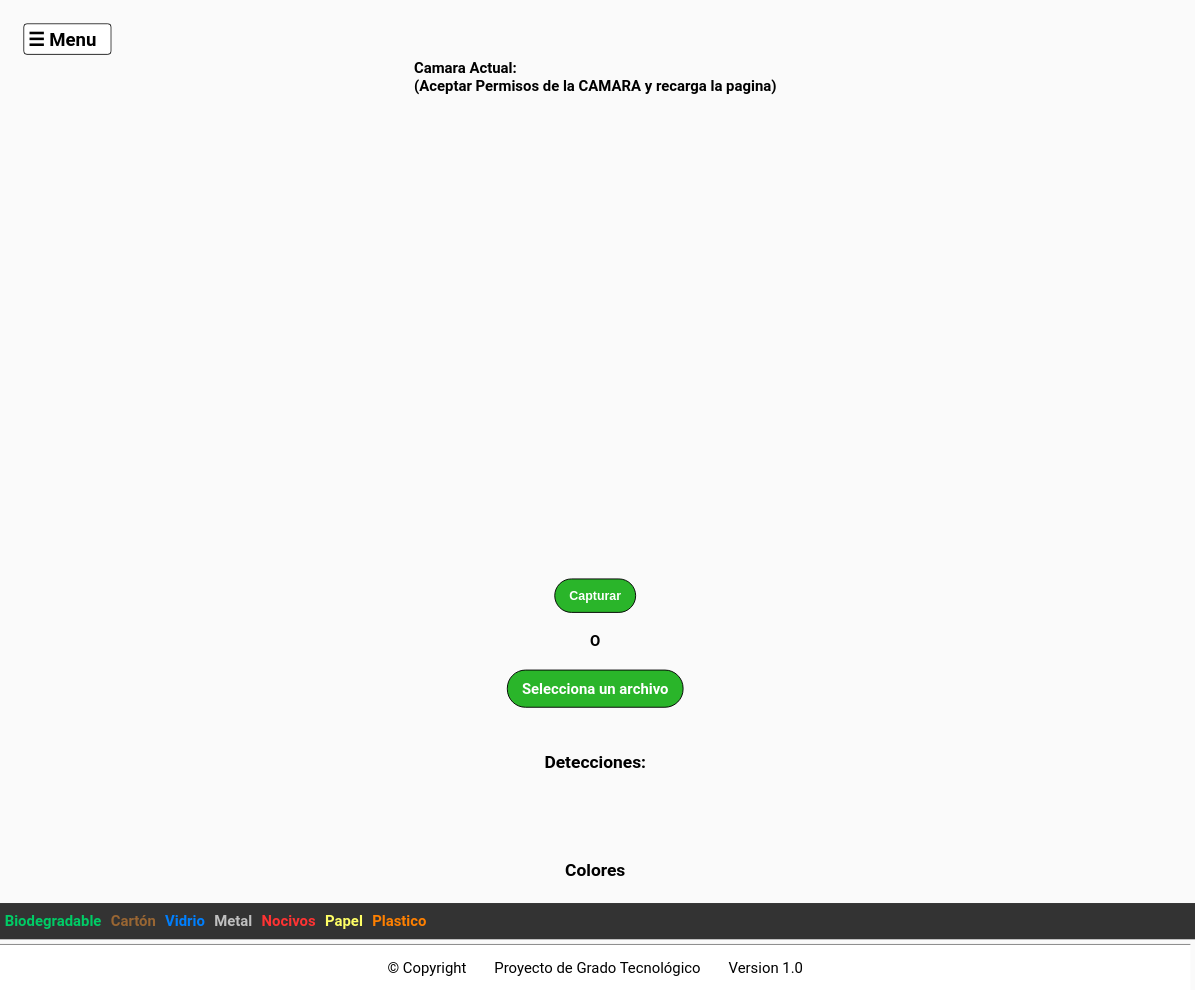
Repository: castecabas/Recicladora
Page: http://localhost/model
The author's editor kept a copy of each file at every save. The page is drawn from the files as they stood at one save, then again after the next save.
The browser window is 1280 px wide. The page is 1285 px wide, then 1280 px, so the pictures cover 1285 px, including what lies to the right of the window. The pictures show the whole page, at 93% of full size.
Pictures or frames that could not be fetched are drawn as grey boxes. The page is served by the project's application, run on Flask 3 (src/index.py).

Above is the page before, as saved 2024-12-22 20:36:24.

After the next save:
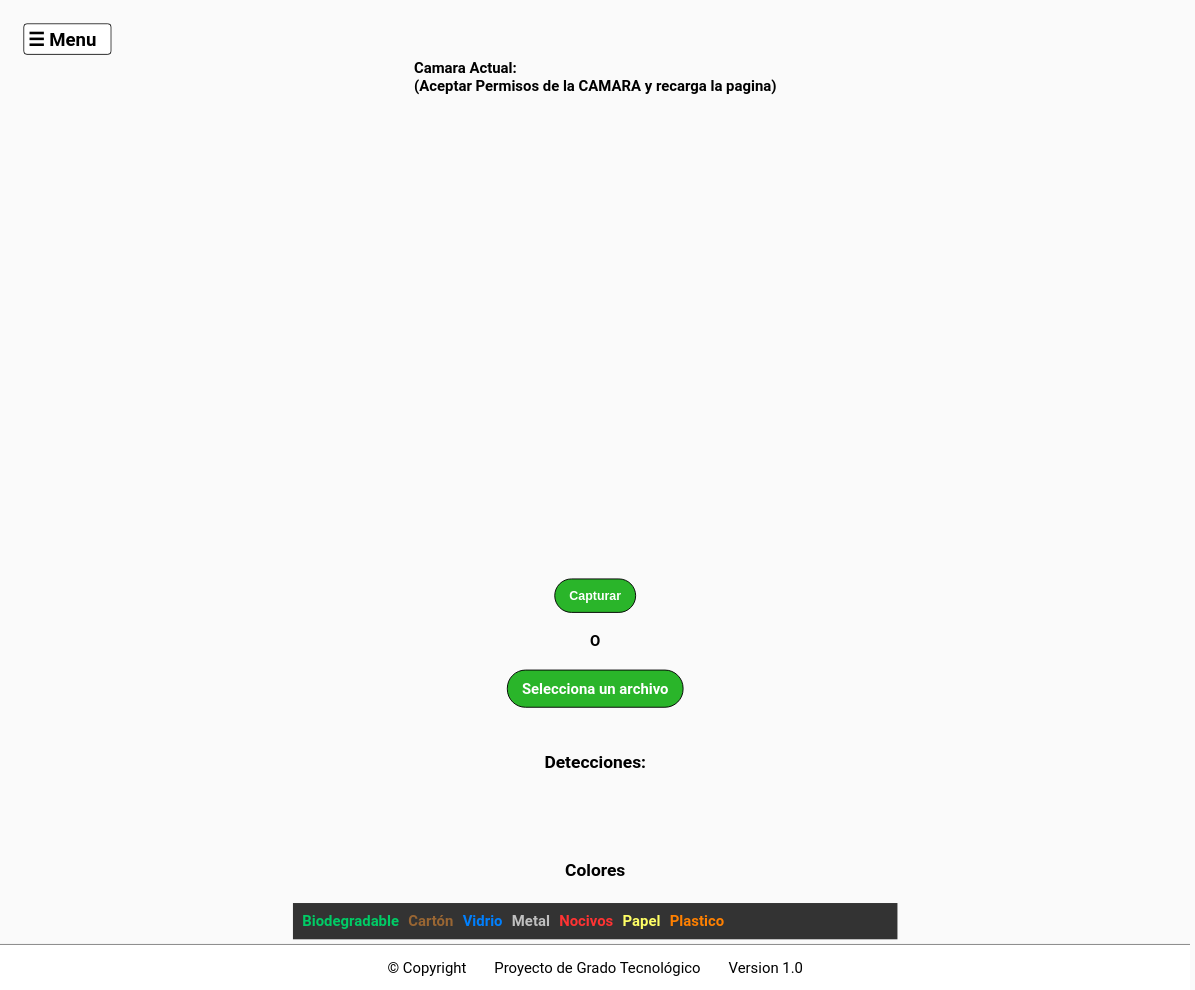
Saved 17 s later.
--- a/src/static/css/model.css
+++ b/src/static/css/model.css
@@ -332,7 +332,7 @@ div.colors{
         display: flex;
         flex-direction: row;
         background: #333333;
-        width: 100vw;
+        width: 50vw;
         position: relative;
         li{
             list-style-type: none;
